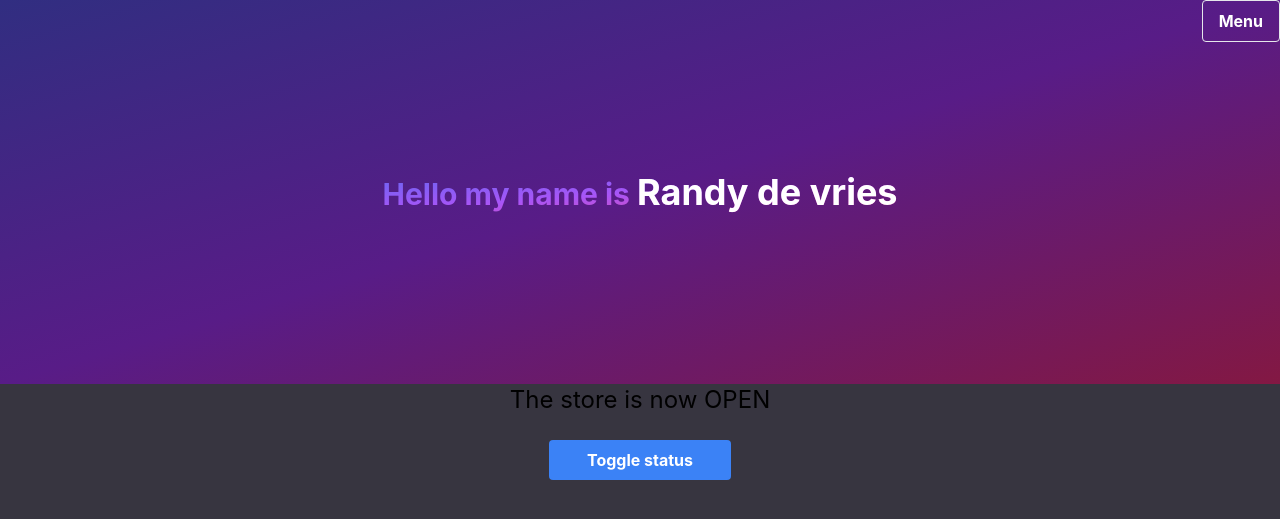
Repository: Freezler/az-900_svelte5
Page: /
An editor plug-in stored every save of this project. The page is shown before and after the next save, followed by the edit.
The browser window is 1280 px wide. The pictures show the whole page.
The project was rebuilt for these pictures with package versions that can differ from the ones it lists, and the page was loaded fresh each time. The framework's server and built-in components were replaced by stand-ins that run in the browser. Also part of the build but not shown: vite.config.ts.

Above is the page before, as saved 2024-11-02 13:38:56.

After the next save:
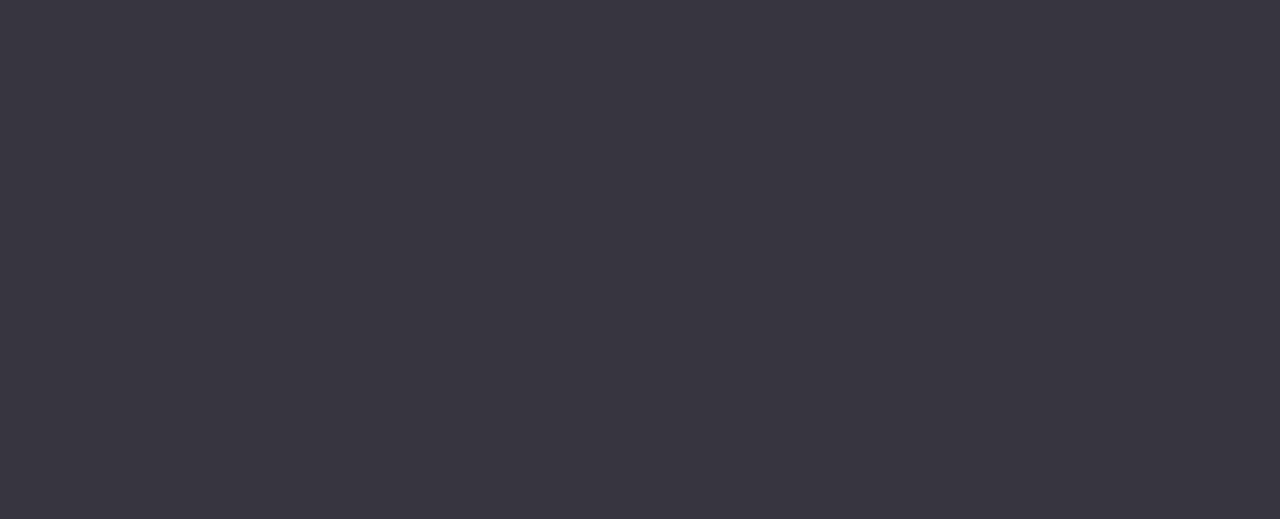
Console error: ReferenceError: full_name is not defined
Saved 10 s later.
--- a/src/routes/Header.svelte
+++ b/src/routes/Header.svelte
@@ -1,7 +1,5 @@
 <script lang="ts">
-	import { derived } from 'svelte/store';
-	let name = $state('Randy');
-	let full_name = $derived(name + ' ' + 'de vries');
+
 </script>
 
 <div

After the save that followed:
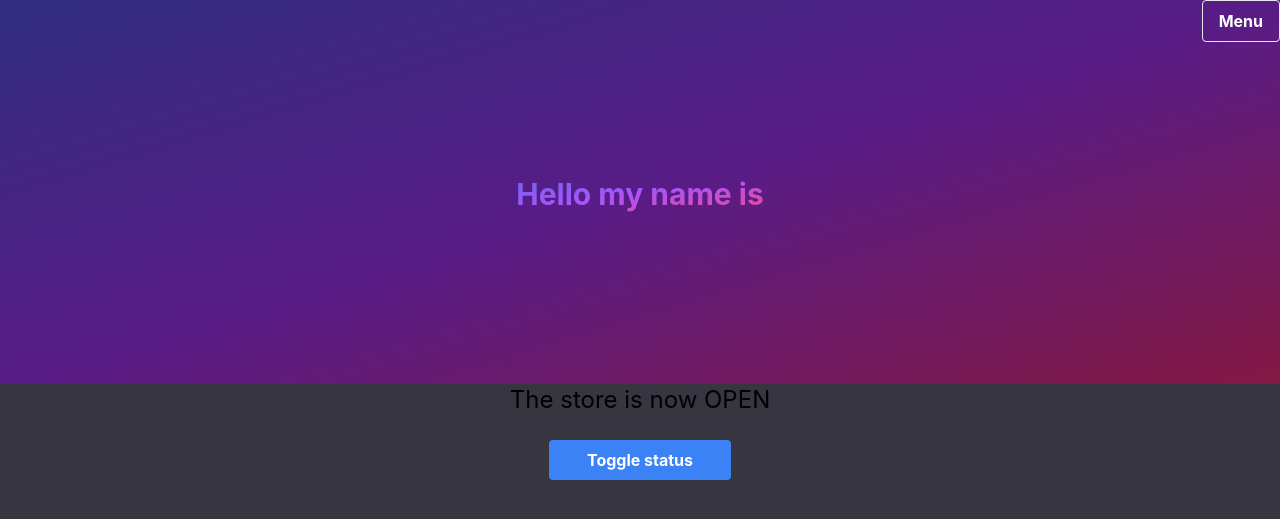
The error is gone.
Saved 11 s later.
--- a/src/routes/Header.svelte
+++ b/src/routes/Header.svelte
@@ -8,6 +8,6 @@
 	<h1
 		class="bg-gradient-to-br from-indigo-500 via-purple-500 to-pink-500 bg-clip-text text-3xl font-bold text-transparent"
 	>
-		Hello my name is <span class="text-4xl text-white">{full_name}</span>
+		Hello my name is <span class="text-4xl text-white">{name}</span>
 	</h1>
 </div>
